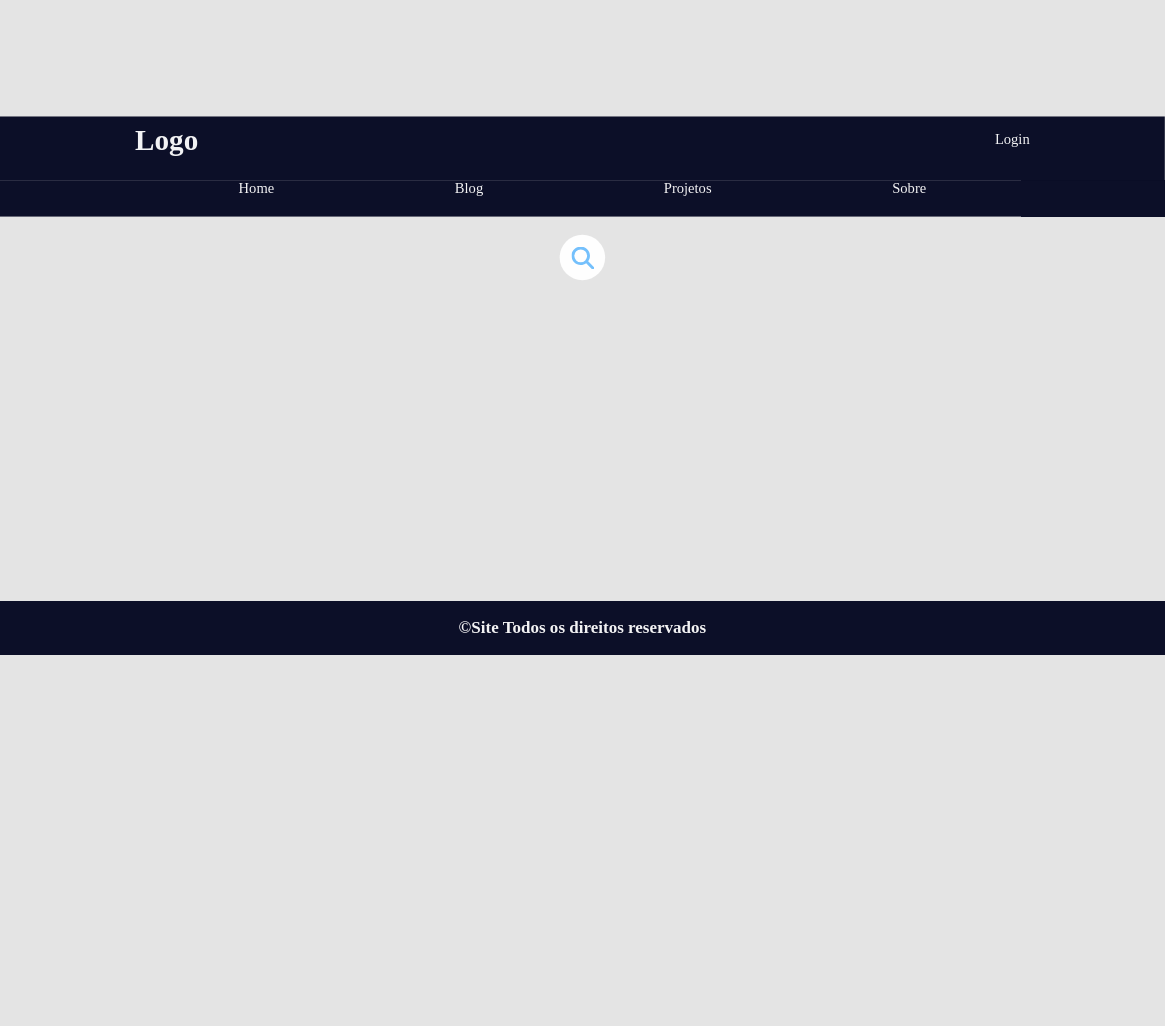
Repository: SauloMorais01/mysitefront-end
Page: src/pages/blog.html
An editor plug-in stored every save of this project. The page is shown before and after the next save, followed by the edit.
The browser window is 1280 px wide. The pictures show the whole page, at 91% of full size.
The pointer rests on the first visible `.search-box`.
Some web libraries are served in a nearby version.

Above is the page before, as saved 2024-11-03 13:01:09.

### src/pages/blog.html
<!DOCTYPE html>
<html lang="pt-br">
<head>
    <meta charset="UTF-8">
    <meta name="viewport" content="width=device-width, initial-scale=1.0">
    <title>Titulo - status</title>
    <link rel="stylesheet" href="../css/style.css">
    <script src="../js/utils.js"></script>
    <script src="https://kit.fontawesome.com/0869671a59.js" crossorigin="anonymous"></script>
</head>
<body>
    <div class="divisor" style="padding: 5%;"></div>

    <header class="primary-color hd-color-white">
        <div class="container">
            <div class="top-box flex">
                <div class="logo">
                    <a class="hd-color-white" href="/"><h1>Logo</h1></a>
                </div>
                <div class="login">
                    <a class="hd-color-white" href="/">Login</a>
                </div>
                <div class="hover-btn" id="hover-btn">
                    <i class="fa-solid fa-bars"></i>
                </div>
            </div>
        </div>
    </header>

    <section id="menu" class="sticky-top primary-color hd-color-white">
            <div class="container center">
                <a href="/">Home</a>
                <a href="./src/pages/blog.html">Blog</a>
                <a href="/">Projetos</a>
                <a href="/">Sobre</a>
            </div>
    </section>

    <section id="modal-mobile-menu" class="modal-mobile-menu hidden">
        <div class="container center">
            <div class="modal-div">
                <a class="hd-color-white" href="/">Home</a>
            </div>
            <div class="modal-div">
                <a class="hd-color-white" href="./src/pages/blog.html">Blog</a>
            </div>
           <div class="modal-div">
                <a class="hd-color-white" href="/">Projetos</a>
           </div>
            <div class="modal-div">
                <a class="hd-color-white" href="/">Sobre</a>
            </div>
        </div>
    </section>

    <div class="container">
        <section class="search-item">
            <div class="search-box">
                <input type="text" placeholder="Pesquisar..." class="search-text" name="search" id="search">
                <a class="search-btn">
                    <img class="btn-blue" src="../img/icone/magnifying-glass-solid.svg" width="25" height="25" alt="pesquisar">
                    <img class="btn-white" src="../img/icone/magnifying-glass-solid-white.svg" width="25" height="25" alt="pesquisar">
                </a>
            </div>
        </section>
    </div>

    <main>

    </main>

    <footer class="primary-color center">
        <h3 class="hd-color-white">&copy;<strong>Site</strong> Todos os direitos reservados</h3>
    </footer>

    <div class="divisor" style="padding: 50px;"></div>



    <script src="../js/main.js"></script>

    <script>
        app.update();
    </script>
</body>
</html>

### src/css/style.css
/* Primary configs */
:root {
    /* Colors */
    /* Bases */
    --primary-color: 234, 94%, 6%,;
    --secondary-color: 184, 86%, 66%,;
    --body-color: 0, 0%, 89%,;
    --white-color: 0, 0%, 100%,;
    --black-color: 0, 0%, 0%,;
    /* End Bases */

    /* Variations colors */
    --primary-color-normal: hsla(var(--primary-color) 0.95);
    --primary-color-medium: hsla(var(--primary-color) 0.5);
    --primary-color-light: hsla(var(--primary-color) 0.250);

    --secondary-color-normal: hsla(var(--secondary-color) 0.95);
    --secondary-color-medium: hsla(var(--secondary-color) 0.5);
    --secondary-color-light: hsla(var(--secondary-color) 0.250);

    --body-color-normal: hsla(var(--body-color) 0.95);
    --body-color-medium: hsla(var(--body-color) 0.5);
    --body-color-light: hsla(var(--body-color) 0.250);

    --black-color-normal: hsla(var(--black-color) 0.95);
    --black-color-medium: hsla(var(--black-color) 0.5);
    --black-color-light: hsla(var(--black-color) 0.250);

    --white-color-normal: hsla(var(--white-color) 0.95);
    --white-color-medium: hsla(var(--white-color) 0.5);
    --white-color-light: hsla(var(--white-color) 0.250);
    /* End variations colors */
    /* End Colors */

    /* Conf Sizes */
    --container-larger-l: 80%;
    --container-larger-m: 80%;
    --container-larger-s: 80%;
    --container-tablet: 90%;
    --container-small-d: 95%;
    --grid-width: 300px;
    --grid-height: 300px;
    /* End conf Sizes */
}

/* Global */
* {
    box-sizing: border-box;
    margin: 0;
    padding: 0;
}
/* End global */

/* pagina */
body {
    background: var(--body-color-normal);
    height: 100vh;
    width: 100vw;
}

html {
    height: 100%;
}

a {
    list-style: none;
    text-decoration: none;
}


main {
    height: 100vh;
}

footer {
    height: 60px;
    position: fixed;
    bottom: 0;
    width: 100%;
    transform: translateY(0%);
}

footer h3 {
    padding-top: 1.2rem;
}

.modal-mobile-menu {
    height: 90vh;
    width: 90vw;
    padding-top: 20px;
    /* background: var(--white-color-normal); */
    background-image: linear-gradient(180deg, #303657, #444963);
    position: absolute;
    top: 5%;
    right: 5%;
    z-index: 1000;
    border-radius: 10px;
    border: 5px solid var(--secondary-color-normal);
    display: flex;
    flex-direction: row;
    justify-content: space-between;
}

.modal-div {
    background: var(--primary-color-light);
    margin: 10px 2.5%;
    padding: 10px;
    border-radius: 5px;
}

.modal-mobile-menu a {
    font-family: Impact, Haettenschweiler, 'Arial Narrow Bold', sans-serif;
    position: relative;
}

.menuAnimation {
    animation-duration: 0.25s;
    animation-name: menuAnim;
}

.menuAnimationRev {
    animation-duration: 0.25s;
    animation-name: menuAnimReverse;
}

.whatsapp-icon {
    position: fixed;
    bottom: 6%;
    right: 3%;
}

.whatsapp-icon img {
    width: 68px;
    height: 68px;
    animation-duration: 1s;
    animation-name: esvanecer;
    animation-iteration-count: infinite;
}

.workflow {
    margin-top: 20px;
    height: auto;
}

.workflow-title {
    margin-left: 20px;
    margin-top: 20px;
}

.box-workflow {
    text-align: center;
    height: auto;
    width: 150px;
    margin: 5px;
    background-color:var(--primary-color-medium);
    padding: 10px;
}

/* Search area */
.search-item {
    position: relative;
    display: flex;
    margin-top: 20px;
    justify-content: center;
    align-items:center;
}

.search-box {
    position: relative;
    display: flex;
    /* width: 300px; */
    height: 50px;
    justify-content: space-between;
    align-items:center;

    background: var(--white-color-normal);
    border-radius: 40px;
    padding: 10px;
    z-index: -100;
}

.search-text {
    background: none;
    border: 0;
    outline: 0;

    padding: 0;

    font-size: 16px;
    width: 0;
}

.search-btn {
    width: 30px;
    height: 30px;

    display: flex;
    justify-content: center;
    align-items: center;
}

.btn-white {
    display: none;
}
/* end Search area */


/* Animation */
@keyframes menuAnim {
    from {
        right: -100%;
      }

      to {
        right: 5%;
      }
}

@keyframes menuAnimReverse {
    from {
        right: 5%;
      }

      to {
        right: -100%;
      }
}

@keyframes esvanecer {
    0% {
        opacity: 100%;
      }

      50% {
        opacity: 50%;
      }

      100% {
        opacity: 100%;
      }
}

/* end pagina */

/* Utils */
.flex {
    display: flex;
}

.sticky-top {
    position: sticky;
    top: 0;
}

.center {
    text-align: center;
}

.right {
    text-align: right;
}

.left {
    text-align: left;
}

.grid-temp {
    display: flex;
    flex-direction: row;
    flex-wrap: wrap;
    /* align-items:center; */
    justify-content: center;
}

.primary-color{
    background: var(--primary-color-normal);
}

.secondary-color{
    background: var(--secondary-color-normal);
}

.hd-color-black {
    color: var(--black-color-normal);
}

.hd-color-white {
    color: var(--white-color-normal);
}

.hidden {
    display: none;
}
/* End utils */



/* Responsividade */
@media (max-width: 575.99px) {
    .container {
        margin: 0 auto;
        width: var(--container-small-d);
    }

    header {
        position: fixed;
        top: 0;
        height: 40px;
        width: 100%;
    }

    #menu {
        height: 40px;
        display:none;
    }

    #menu a {
        color: var(--white-color-normal);
        margin: 5px 2%;
        padding: 10px 5%;
    }

    #menu a:hover {
        background-color: var(--secondary-color-light);
        border-radius: 5px;
    }

    .hover-btn {
        position: absolute;
        right: 1rem;
        padding-top: 10px;
    }

    .hover-btn:hover {
        background: var(--primary-color-light);
        cursor: pointer;
    }

    .top-box {
        position: relative;
        padding-top: 2px;
    }

    .logo {
        position: absolute;
        left: 1%;
        font-size: 0.8rem;
    }

    .login {
        position: absolute;
        margin-top: 2px;
        right: 1%;
        display: none;
    }

    /* Main */
    .info-top{
        /* background: #4f0c6e; */
        height: 250px;
        background-image: linear-gradient(50deg, #2222227a, #2222227a), url(../img/freepik__generate-images-about-web-development__7459.jpeg);
        background-position: center;
        background-size: 100% 100%;
        display: flex;
        align-items: center;
        justify-content: center;
        /* background-repeat: no-repeat; */
    }

    .info-top h1 {
        font-size: 1.25rem;
    }

    .info-top p {
        text-align: center;
        font-size: 0.8rem;
        width: fit-content;
        font-size: 0.8rem;
        background: var(--primary-color-medium);
        border-radius: 5px;
        padding: 10px;
        font-family: Impact, Haettenschweiler, 'Arial Narrow Bold', sans-serif;
    }
}

@media (min-width: 576px) {
    .container {
        margin: 0 auto;
        width: var(--container-small-d);
    }

    header {
        height: 40px;
    }

    #menu {
        height: 40px;
        display:none;
    }

    #menu a {
        color: var(--white-color-normal);
        margin: 5px 2%;
        padding: 10px 5%;
    }

    #menu a:hover {
        background-color: var(--secondary-color-light);
        border-radius: 5px;
    }

    .top-box {
        position: relative;
        padding-top: 3px;
    }

    .logo {
        position: absolute;
        left: 1%;
        font-size: 0.8rem;
    }

    .login {
        position: absolute;
        margin-top: 3px;
        right: 1%;
        display: none;
    }

    .hover-btn {
        position: absolute;
        right: 1rem;
        padding-top: 10px;
    }

    .hover-btn:hover {
        background: var(--primary-color-light);
        cursor: pointer;
    }

    .top-box {
        position: relative;
        padding-top: 2px;
    }

    /* Main */
    .info-top{
        /* background: #4f0c6e; */
        height: 250px;
        background-image: linear-gradient(50deg, #2222227a, #2222227a), url(../img/freepik__generate-images-about-web-development__7459.jpeg);
        background-position: center;
        background-size: 100% 100%;
        display: flex;
        align-items: center;
        justify-content: center;
        /* background-repeat: no-repeat; */
    }

    .info-top h1 {
        font-size: 1.25rem;
    }

    .info-top p {
        text-align: center;
        width: fit-content;
        font-size: 0.8rem;
        background: var(--primary-color-medium);
        border-radius: 5px;
        padding: 10px;
    }
}

/* Medium devices (tablets, 768px and up) */
@media (min-width: 768px) {
    .container {
        margin: 0 auto;
        width: var(--container-tablet);
    }

    header {
        height: 50px;
    }

    #menu {
        height: 40px;
        display:none;
    }

    #menu a {
        color: var(--white-color-normal);
        margin: 5px 3%;
        padding: 10px 5%;
    }

    #menu a:hover {
        background-color: var(--secondary-color-light);
        border-radius: 5px;
    }

    .top-box {
        position: relative;
        padding-top: 6px;
    }

    .logo {
        position: absolute;
        left: 2%;
        font-size: 1rem;
    }

    .login {
        position: absolute;
        margin-top: 6px;
        right: 2%;
        display: none;
    }

    .hover-btn {
        position: absolute;
        right: 1rem;
        padding-top: 10px;
    }

    .hover-btn:hover {
        background: var(--primary-color-light);
        cursor: pointer;
    }

    .top-box {
        position: relative;
        padding-top: 2px;
    }

    /* Main */
    .info-top{
        /* background: #4f0c6e; */
        height: 300px;
        background-image: linear-gradient(50deg, #2222227a, #2222227a), url(../img/freepik__generate-images-about-web-development__7459.jpeg);
        background-position: center;
        background-size: 100% 100%;
        display: flex;
        align-items: center;
        justify-content: center;
        /* background-repeat: no-repeat; */
    }

    .info-top h1 {
        font-size: 1.5rem;
    }

    .info-top p {
        margin: 10px;
        font-size: 1.0rem;
    }
}

/* Large devices (desktops, 992px and up) */
@media (min-width: 992px) {
    .container {
        margin: 0 auto;
        width: var(--container-larger-s);
    }

    header {
        height: 60px;
    }

    #menu {
        height: 40px;
        display: block;
    }

    #menu a {
        color: var(--white-color-normal);
        margin: 5px 4%;
        padding: 10px 5%;
    }

    #menu a:hover {
        background-color: var(--secondary-color-light);
        border-radius: 5px;
    }

    .top-box {
        position: relative;
        padding-top: 8px;
    }

    .logo {
        position: absolute;
        left: 2%;
    }

    .login {
        position: absolute;
        margin-top: 8px;
        right: 2%;
        display: block;
    }

    .hover-btn {
        position: absolute;
        right: 1rem;
        padding-top: 10px;
        display: none;
        padding: 10px;
    }

    .hover-btn:hover {
        background: var(--primary-color-light);
        cursor: pointer;
    }


    /* Main */
    .info-top{
        /* background: #4f0c6e; */
        height: 350px;
        background-image: linear-gradient(50deg, #2222227a, #2222227a), url(../img/freepik__generate-images-about-web-development__7459.jpeg);
        background-position: center;
        background-size: 100% 100%;
        display: flex;
        align-items: center;
        justify-content: center;
        /* background-repeat: no-repeat; */
    }

    .info-top h1 {
        font-size: 2.0rem;
    }

    .info-top p {
        font-size: 1.0rem;
    }
}

/* X-Large devices (large desktops, 1200px and up) */
@media (min-width: 1200px) {
    .container {
        margin: 0 auto;
        width: var(--container-larger-m);
    }

    header {
        height: 70px;
    }

    #menu {
        height: 40px;
        display: block;
    }

    #menu a {
        color: var(--white-color-normal);
        margin: 5px 4.5%;
        padding: 10px 5%;
    }

    #menu a:hover {
        background-color: var(--secondary-color-light);
        border-radius: 5px;
    }

    .top-box {
        position: relative;
        padding-top: 8px;
    }

    .logo {
        position: absolute;
        left: 2%;
    }

    .login {
        position: absolute;
        margin-top: 8px;
        right: 2%;
    }

    /* Main */
    .info-top{
        /* background: #4f0c6e; */
        height: 400px;
        background-image: linear-gradient(50deg, #2222227a, #2222227a), url(../img/freepik__generate-images-about-web-development__7459.jpeg);
        background-position: center;
        background-size: 100% 100%;
        display: flex;
        align-items: center;
        justify-content: center;
        /* background-repeat: no-repeat; */
    }

    .info-top h1 {
        font-size: 2.5rem;
    }

    .info-top p {
        font-size: 1.5rem;
    }
}

/* XX-Large devices (larger desktops, 1400px and up) */
@media (min-width: 1400px) {
    .container {
        margin: 0 auto;
        width: var(--container-larger-l);
    }

    header {
        height: 75px;
    }

    #menu {
        height: 40px;
        display: block;
    }

    #menu a {
        color: var(--white-color-normal);
        margin: 5px 5%;
        padding: 10px 5%;
        font-family: 'Trebuchet MS', 'Lucida Sans Unicode', 'Lucida Grande', 'Lucida Sans', Arial, sans-serif;
        font-weight: bold;
    }

    #menu a:hover {
        background-color: var(--secondary-color-light);
        border-radius: 5px;
    }

    .top-box {
        position: relative;
        padding-top: 10px;
    }

    .logo {
        position: absolute;
        left: 2%;
    }

    .login {
        position: absolute;
        margin-top: 10px;
        right: 2%;
    }

    /* Main */
    .info-top{
        /* background: #4f0c6e; */
        height: 400px;
        background-image: linear-gradient(50deg, #2222227a, #2222227a), url(../img/freepik__generate-images-about-web-development__7459.jpeg);
        background-position: center;
        background-size: 100% 100%;
        display: flex;
        align-items: center;
        justify-content: center;
        /* background-repeat: no-repeat; */
    }

    .info-top h1 {
        font-size: 2.5rem;
        font-family: monospace;
    }

    .info-top p {
        font-size: 1.5rem;
        font-family: Impact, Haettenschweiler, 'Arial Narrow Bold', sans-serif;
    }
}
/* End responsividade */

### src/js/utils.js
class MenuController {
    /**
     * @param {HTMLElement} btnMenu
     * @param {HTMLElement} menuHover
     */
    constructor(btnMenu, menuHover) {
        this.btnMenuRoot = btnMenu
        this.menuHoverRoot = menuHover;
    }

    /**
     * @returns {HTMLElement} menuHover
     */
    get menuHoverRoot() {
        return this._menuHover
    }

    /**
     * @param {HTMLElement} root
     */
    set menuHoverRoot(root) {
        return this._menuHover = root;
    }

    /**
     * @returns {HTMLElement} btnMenu
     */
    get btnMenuRoot() {
        return this._btnMenu
    }

    /**
     * @param {HTMLElement} root
     */
    set btnMenuRoot(root) {
        return this._btnMenu = root;
    }

    /**
     * @returns {void}
     */
    showMenu() {
        this.btnMenuRoot.onclick = () => {
            if(this.menuHoverRoot.classList.contains('hidden')) {
                this.menuHoverRoot.classList.remove('hidden');
                this.menuHoverRoot.classList.add('menuAnimation');
                this.menuHoverRoot.classList.remove('menuAnimationRev');
            } else {
                this.menuHoverRoot.classList.remove('menuAnimation');
                this.menuHoverRoot.classList.add('menuAnimationRev');
                return setTimeout(() => {
                    this.menuHoverRoot.classList.add(`hidden`);
                }, 235);
            }
            clearTimeout(this);
        }
    }
}

### src/js/main.js
class Main {
    constructor() {
        this.btnMenu = document.getElementById('hover-btn');
        this.hoverMenu = document.getElementById('modal-mobile-menu');
        this.menuController = new MenuController(this.btnMenu, this.hoverMenu);
    }

    /**
     * @param {HTMLElement} root
     */
    set btnMenu(root) {
        return this._menuBtn = root;
    }

    /**
     * @returns {HTMLElement} btnMenu
     */
    get btnMenu() {
        return this._menuBtn
    }

    /**
     * @param {HTMLElement} root
     */
    set hoverMenu(root) {
        return this._hoverMenu = root;
    }

    /**
     * @returns {HTMLElement} hoverMenu
     */
    get hoverMenu() {
        return this._hoverMenu
    }


    update() {
        this.menuController.showMenu();
    }
}


const app = new Main();

After the next save:
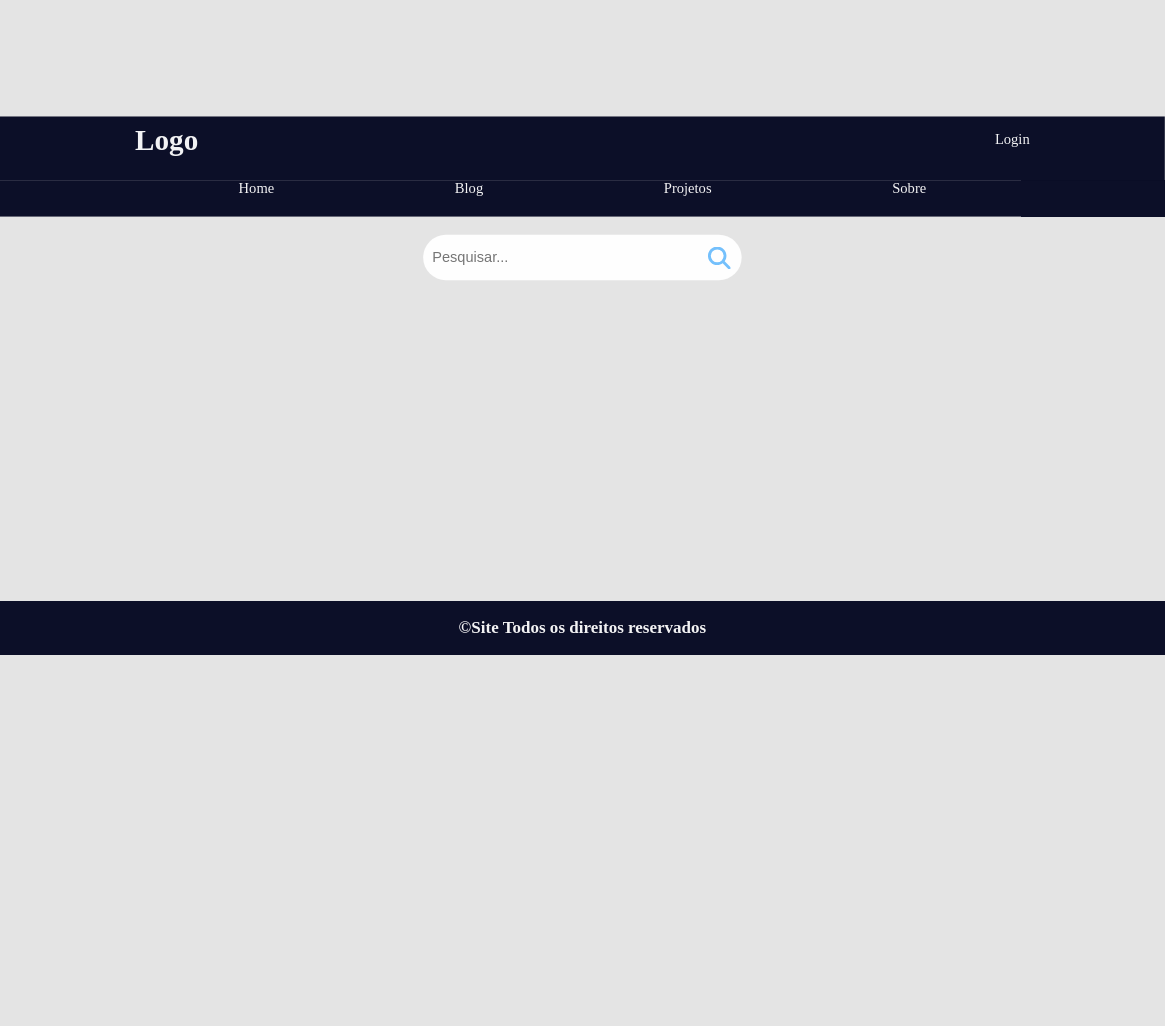
Saved 51 s later.
--- a/src/css/style.css
+++ b/src/css/style.css
@@ -202,6 +202,10 @@ footer h3 {
 .btn-white {
     display: none;
 }
+
+.search-box:hover > .search-text {
+    width: 300px;
+}
 /* end Search area */
 
 
